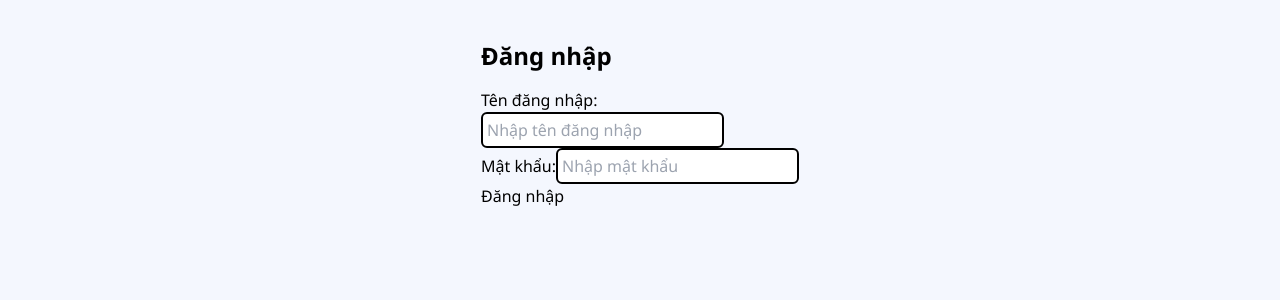
Repository: phuc258/BTVN03-REACT03
Page: /login
The author's editor kept a copy of each file at every save. The page is drawn from the files as they stood at one save, then again after the next save.
The browser window is 1280 px wide. The pictures show the whole page.
The project was rebuilt for these pictures with package versions that can differ from the ones it lists, and the page was loaded fresh each time. Also part of the build but not shown: vite.config.ts, src/pages/NotFoundPage.tsx, src/pages/TodoPage.tsx, src/routes/PrivateRoute.tsx.

Above is the page before, as saved 2026-01-18 23:43:28.

### index.html
<!doctype html>
<html lang="en">
  <head>
    <meta charset="UTF-8" />
    <link rel="icon" type="image/svg+xml" href="/vite.svg" />
    <meta name="viewport" content="width=device-width, initial-scale=1.0" />
    <title>btvn03-react-typescript</title>
  </head>
  <body>
    <div id="root"></div>
    <script type="module" src="/src/main.tsx"></script>
  </body>
</html>

### src/App.css
@tailwind base;
@tailwind components;
@tailwind utilities;

* {
    margin: 0;
    padding: 0;
    box-sizing: border-box;
}

body {
    font-family: 'Segoe UI', Helvetica, Arial, sans-serif;
    background-color: #f4f7fe;
    display: flex;
    justify-content: center;
    align-items: flex-start;
    min-height: 100vh;
    padding: 40px 20px;
}

.card {
    background: white;
    width: 100%;
    max-width: 400px;
    padding: 2rem;
    border-radius: 12px;
    box-shadow: 0 10px 25px rgba(0, 0, 0, 0.1);
}

.title {
    text-align: center;
    color: #2A8C43;
    margin-bottom: 1.5rem;
    font-size: 24px;
}

.search-container {
    display: flex;
    gap: 8px;
    margin-bottom: 20px;
}

.input-wrapper {
    position: relative;
    flex: 1;
}

.clear-btn {
    position: absolute;
    right: 10px;
    top: 50%;
    transform: translateY(-50%);
    background: none;
    border: none;
    color: #999;
    font-size: 18px;
    cursor: pointer;
    padding: 5px;
    line-height: 1;
}

.clear-btn:hover {
    color: #666;
}

.input-search {
    width: 100%;
    padding: 12px 35px 12px 12px;
    border-radius: 8px;
    border: 1px solid #ddd;
    outline: none;
}

.search-container {
    display: flex;
    gap: 8px;
    margin-bottom: 20px;
}

.search-btn {
    padding: 0 16px;
    background-color: #2A8C43;
    color: white;
    border: none;
    border-radius: 8px;
    font-weight: bold;
    cursor: pointer;
}

.todo-list {
    list-style: none;
}

.todo-item {
    display: flex;
    align-items: center;
    gap: 12px;
    padding: 12px 0;
    border-bottom: 1px solid #eee;
}

.todo-item input[type="checkbox"] {
    width: 18px;
    height: 18px;
    cursor: pointer;
    accent-color: #2A8C43;
}

.todo-item span {
    font-size: 16px;
    color: #333;
    cursor: pointer;
}

.todo-item span.done {
    text-decoration: line-through;
    color: #a0aec0;
}

### src/App.tsx
import "./App.css";
import { TodoProvider } from "./context/TodoContext";
import MainRoute from "./routes/MainRoute";

function App() {
  return (
    <TodoProvider>
      <MainRoute />
    </TodoProvider>
  );
}

export default App;

### src/context/TodoContext.tsx
import { createContext, useContext, useState, type ReactNode } from "react";
import type { TodoContextType } from "../interfaces/ITodoContextType";
import type { Todo } from "../interfaces/ITodo";

export const TodoContext = createContext<TodoContextType | undefined>(undefined);

// TodoProvider
export function TodoProvider({ children }: { children: ReactNode }) {
    const initialData: Todo[] = [
        { "name": "Xem phim", "status": false, "id": "1" },
        { "name": "Ngủ sớm", "status": false, "id": "2" },
        { "name": "Học tiếng Anh", "status": false, "id": "3" },
        { "name": "Check mail công việc", "status": false, "id": "4" }
    ];

    const [todos, setTodos] = useState<Todo[]>(initialData);
    const [searchItem, setSearchItem] = useState("");

    const handleToggle = (id: string) => {
        setTodos(prev => prev.map(
            t => t.id === id ? { ...t, status: !t.status } : t
        ))
    }

    return (
        <TodoContext.Provider value={{ todos, searchItem, setSearchItem, handleToggle }}>
            {children}
        </TodoContext.Provider>
    )
}

export const useTodo = () => {
    const context = useContext(TodoContext);
    if (!context)
        throw new Error("useTodo phải nằm trong TodoProvider");
    return context;
}

### src/routes/MainRoute.tsx
import { BrowserRouter, Routes, Route, Navigate } from "react-router-dom";
import React from "react";

import NotFoundPage from "../pages/NotFoundPage";
import TodoPage from "../pages/TodoPage";
import LoginPage from "../pages/LoginPage";
import PrivateRoute from "./PrivateRoute";

const MainRoute: React.FC = () => {
    return (
        <BrowserRouter>
            <Routes>
                <Route element={<PrivateRoute />}>
                    <Route path="/todo" element={<TodoPage />} />
                </Route>
                <Route path="/login" element={<LoginPage />} />
                <Route path="/" element={<Navigate to="/login" replace />} />
                <Route path="*" element={<NotFoundPage />} />
            </Routes>
        </BrowserRouter>
    );
};

export default MainRoute;

### src/pages/LoginPage.tsx
import React, { useState } from "react";
import { useNavigate } from "react-router-dom";

const LoginPage: React.FC = () => {
    const [username, setUsername] = useState("");
    const [password, setPassword] = useState("");
    const [error, setError] = useState("");
    const navigate = useNavigate();

    const handleSubmit = (e: React.FormEvent) => {
        e.preventDefault();

        if (username === "admin" && password === "1") {
            localStorage.setItem("isLoggedIn", "true");
            navigate("/todo");
        } else {
            setError("Tên đăng nhập hoặc mật khẩu không đúng!");
        }
    };

    return (
        <div className="">
            <h1 className="text-2xl font-bold mb-4">Đăng nhập</h1>
            <form onSubmit={handleSubmit}>
                <div>
                    <label>Tên đăng nhập:</label><br></br>
                    <input
                        className="border-black border-2 rounded-md p-1"
                        type="text"
                        placeholder="Nhập tên đăng nhập"
                        value={username}
                        onChange={(e) => setUsername(e.target.value)}
                    />
                </div>
                <div>
                    <label>Mật khẩu:</label>
                    <input
                        className="border-black border-2 rounded-md p-1"
                        type="password"
                        placeholder="Nhập mật khẩu"
                        value={password}
                        onChange={(e) => setPassword(e.target.value)}
                    />
                </div>
                {error && <p style={{ color: "red" }}>{error}</p>}
                <button type="submit">Đăng nhập</button>
            </form>
        </div>
    );
};

export default LoginPage;

Loaded but not shown: src/main.tsx (common file); tailwind.config.js (common file)

After the next save:
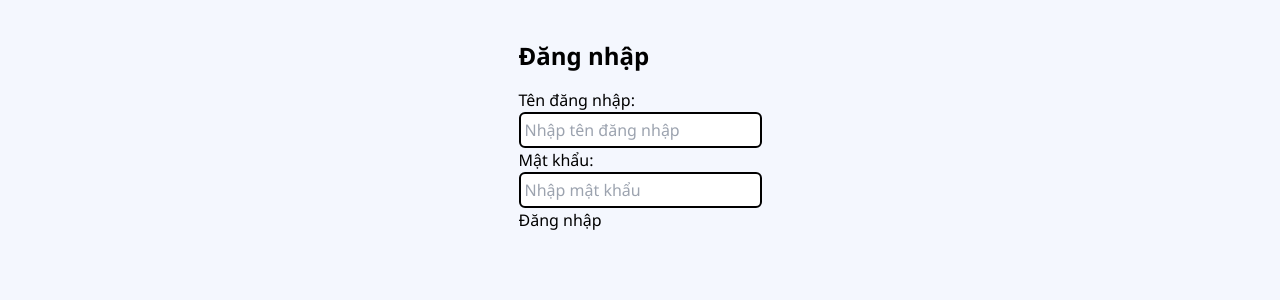
Saved 8 s later.
--- a/src/pages/LoginPage.tsx
+++ b/src/pages/LoginPage.tsx
@@ -33,7 +33,7 @@ const LoginPage: React.FC = () => {
                     />
                 </div>
                 <div>
-                    <label>Mật khẩu:</label>
+                    <label>Mật khẩu:</label><br></br>
                     <input
                         className="border-black border-2 rounded-md p-1"
                         type="password"
